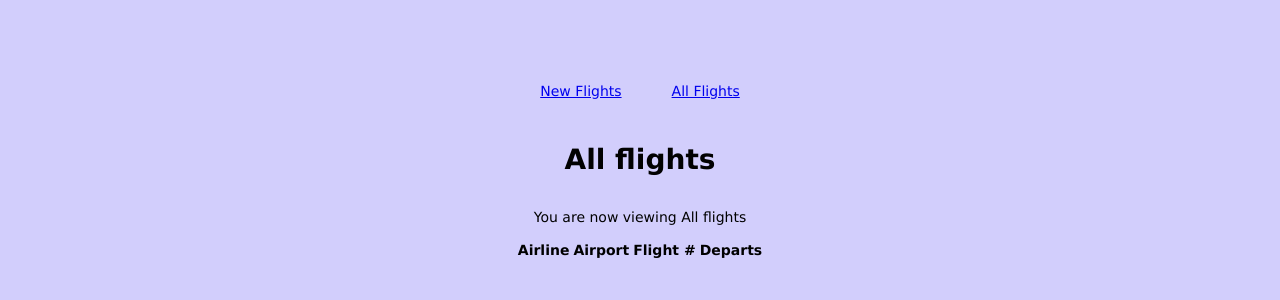
Repository: jmendoza13/mongoose-flights
Page: http://localhost/flights
These files come from the project's save history. The page is drawn as it stood at one moment and after the next save; the edit follows.
The browser window is 1280 px wide. The pictures show the whole page.
The page is served by the project's Node server (server.js). Queries for data that is not in the repository find no rows.

Above is the page before, as saved 2022-07-18 16:07:59.

After the next save:
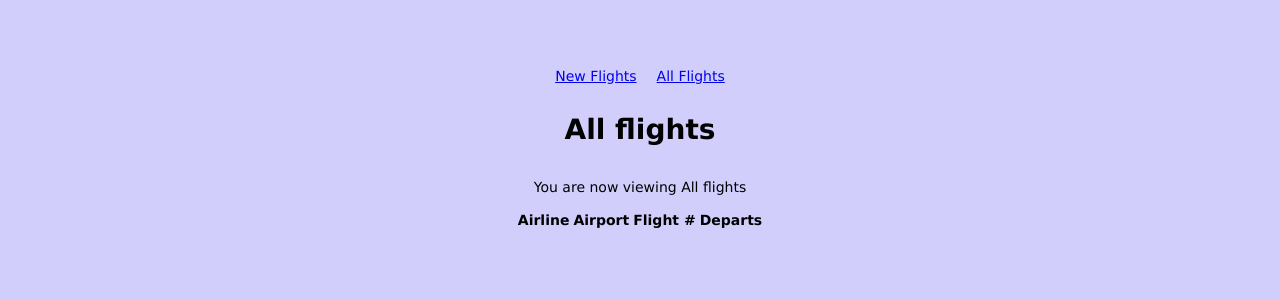
Saved 8 s later.
--- a/public/stylesheets/style.css
+++ b/public/stylesheets/style.css
@@ -18,5 +18,5 @@ nav, h1, p {
 }
 
 a {
-  padding: 25px;
+  padding: 10px;
 }
